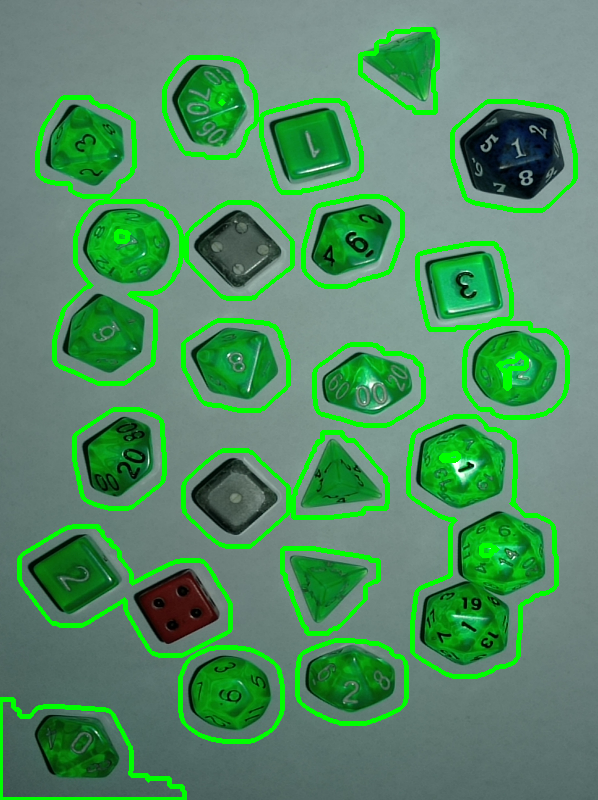
Repository: kaiofbgarcia/OpenCV
Script's output: python dados.py
An editor plug-in stored every save of this project. The script's output is shown before and after the next save, followed by the edit.
Random numbers start from a fixed seed. It also reads Dados/imgDados/dados4.jpg.

Above is the script's output before, as saved 2022-06-28 20:23:06.

### dados.py
import cv2
from cv2 import THRESH_BINARY
from cv2 import erode
import numpy as np
from numpy import binary_repr

imagem = cv2.imread("img/dados4.jpg")          # Carregar a imagem
res = cv2.resize(imagem, dsize=( 598, 800), interpolation=cv2.INTER_CUBIC) # Redimensionar Img ################
gray = cv2.cvtColor(res, cv2.COLOR_BGR2GRAY)     # GrayScale
blur = cv2.blur(gray,(1,1))                       # Blur ###############

ret,binary = cv2.threshold(gray , 85 ,255, cv2.THRESH_BINARY)         # Binarização ################
ret1,binary1 = cv2.threshold(binary,127,255,cv2.THRESH_BINARY_INV)   # Inverter a Binarização

kernel = np.ones((6,6), np.uint8)
dilation = cv2.dilate(binary1, kernel, iterations=4)   # Dilatar ####################
#erodion = cv2.erode(dilation, kernel, iterations=5)

contours, hierarchy = cv2.findContours(dilation, cv2.RETR_TREE, cv2.CHAIN_APPROX_SIMPLE) # Procura os Objetos
cont = len(contours)                                                                     # Conta os Objetos

cv2.drawContours(res, contours, -1, (0,255,0), 3)

print("Numero de Objetos Encontrados: ",cont)

cv2.imshow("Dilatation", res)


cv2.waitKey(0)

After the next save:
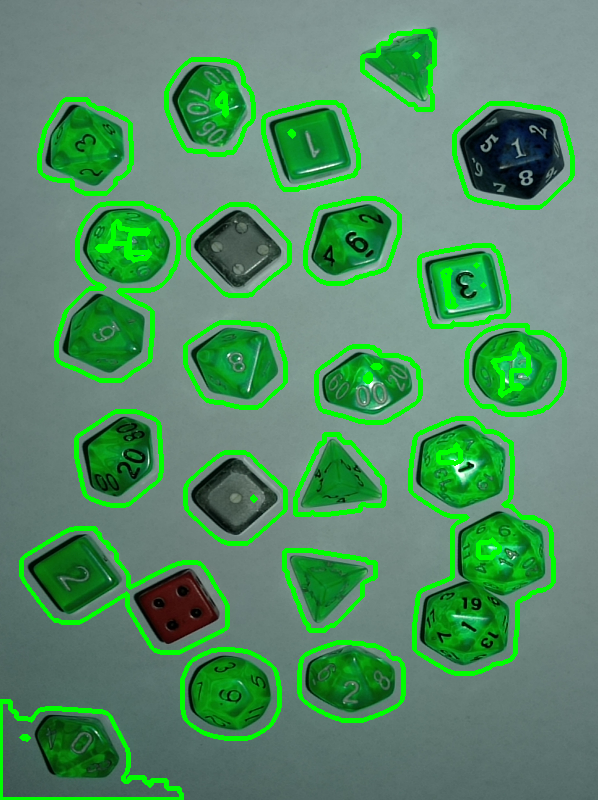
Saved 10 s later.
--- a/dados.py
+++ b/dados.py
@@ -13,7 +13,7 @@ ret,binary = cv2.threshold(gray , 85 ,255, cv2.THRESH_BINARY)         # Binariza
 ret1,binary1 = cv2.threshold(binary,127,255,cv2.THRESH_BINARY_INV)   # Inverter a Binarização
 
 kernel = np.ones((6,6), np.uint8)
-dilation = cv2.dilate(binary1, kernel, iterations=4)   # Dilatar ####################
+dilation = cv2.dilate(binary1, kernel, iterations=3)   # Dilatar ####################
 #erodion = cv2.erode(dilation, kernel, iterations=5)
 
 contours, hierarchy = cv2.findContours(dilation, cv2.RETR_TREE, cv2.CHAIN_APPROX_SIMPLE) # Procura os Objetos
